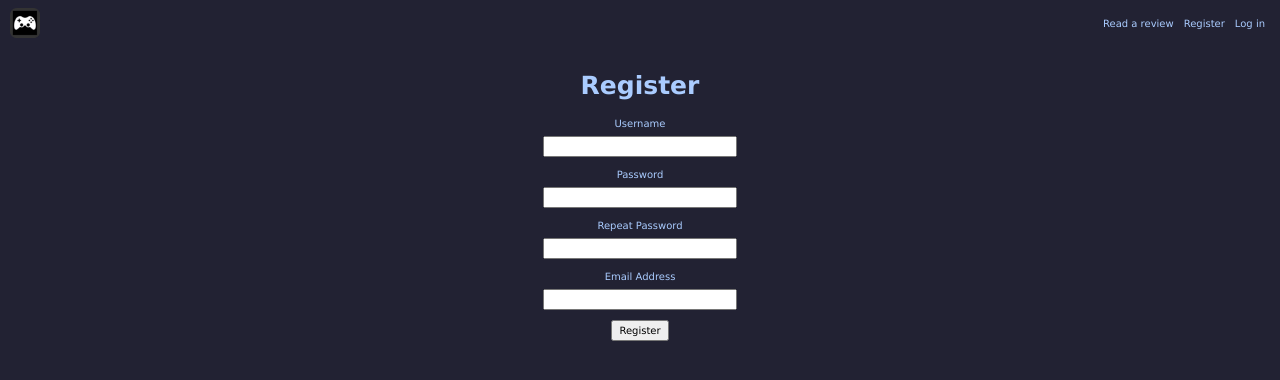
Repository: amit238/milestone-project-3
Page: http://localhost/register
The author's editor kept a record of every edit. The page is drawn from the files as they stood at one moment, then again after the next edit.
The browser window is 1280 px wide. The pictures show the whole page.
Some web libraries are served in a nearby version. The page is served by the project's application, run on Flask 3 (app.py).

Above is the page before.

### templates/register.html
{% extends "base.html" %}
{% block nav_register %}active{% endblock %}
{% block content %}
    <h1 class="color-center padding-top"><strong>Register</strong></h1>
    {% with messages = get_flashed_messages() %}
        {% if messages %}
            <ul>
                {% for message in messages %}
                    <li class="alert-warning">{{ message }}</li>
                {% endfor %}
            </ul>
        {% endif %}
    {% endwith %}
    <form action="" method="post">
        {{ form.csrf_token }}
        <p class="color-center padding-top">
            {{ form.username.label }}<br>
            {{ form.username(size=32) }}<br
            {% for error in form.username.errors %}
                <span style="color: red;">{{ error }}</span>
            {% endfor %}
        </p>
        <p class="color-center">
            {{ form.password.label }}<br>
            {{ form.password(size=32) }}<br>
            {% for error in form.password.errors %}
                <span style="color: red;">{{ error }}</span>
            {% endfor %}
        </p>
        <p class="color-center">
            {{ form.password2.label }}<br>
            {{ form.password2(size=32) }}<br>
            {% for error in form.password2.errors %}
                <span style="color: red;">{{ error }}</span>
            {% endfor %}
        </p>
        <p class="color-center">
            {{ form.email.label }}<br>
            {{ form.email(size=32) }}<br>
            {% for error in form.email.errors %}
                <span style="color: red;">{{ error }}</span>
            {% endfor %}
        </p>
        <p class="color-center">{{ form.submit() }}</p>
    </form>
{% endblock %}

### templates/base.html
<!DOCTYPE html>
<html lang="en">

<head>
  <meta charset="UTF-8">
  <meta name="viewport" content="width=device-width, initial-scale=1.0">
  <meta http-equiv="X-UA-Compatible" content="ie=edge"> {% if title %}
  <title>GameScan - {{ title }} </title>
  {% else %}
  <title>Welcome to GameScan!</title>
  {% endif %}
  <link rel="stylesheet" href="https://maxcdn.bootstrapcdn.com/bootstrap/4.2.1/css/bootstrap.min.css" type="text/css" />
  <link rel="stylesheet" href="https://use.fontawesome.com/releases/v5.0.10/css/all.css" integrity="sha384-+d0P83n9kaQMCwj8F4RJB66tzIwOKmrdb46+porD/OvrJ+37WqIM7UoBtwHO6Nlg" crossorigin="anonymous">
  <link rel="stylesheet" href="{{url_for('static', filename='css/style.css')}}" type="text/css" />
  <link rel="shortcut icon" type="image/ico" href="{{ url_for('static', filename='img/favicon.ico') }}" />
</head>

<body>
  <header>
    <nav class="navbar navbar-expand-lg navbar-custom bg-custom ">
      <a class="navbar-brand" href="{{ url_for('index') }}">
       <img src="{{ url_for('static', filename='img/favicon.ico') }}" width="30" height="30" alt="">
  </a>
      <button class="navbar-toggler" type="button" data-toggle="collapse" data-target="#navbarNavAltMarkup" aria-controls="navbarNavAltMarkup" aria-expanded="false" aria-label="Toggle navigation">
    <span class="navbar-toggler-icon"></span>
  </button>
      <div class="collapse navbar-collapse" id="navbarNavAltMarkup">
        <div class="navbar-nav ml-auto">
          {% if session['logged_in'] == True %}
          <a class="nav-item nav-link" href="{{ url_for('reviews') }}">Read a review</a>
          <a class="nav-item nav-link" href="{{ url_for('addreview') }}">Write a review</a>
          <a class="nav-item nav-link" href="{{ url_for('logout') }}">Sign Out</a>
          {% else %}
          <a class="nav-item nav-link" href="{{ url_for('reviews') }}">Read a review</a>
          <a class="nav-item nav-link" href="{{ url_for('register') }}">Register</a>
          <a class="nav-item nav-link" href="{{ url_for('login') }}">Log in</a>
          {% endif %}
        </div>
      </div>
    </nav>
    {% block content %} {% endblock %}
  </header>
  <script src="https://code.jquery.com/jquery-3.5.1.js" integrity="sha256-QWo7LDvxbWT2tbbQ97B53yJnYU3WhH/C8ycbRAkjPDc=" crossorigin="anonymous"></script>
  <script src="https://cdnjs.cloudflare.com/ajax/libs/popper.js/1.14.6/umd/popper.min.js" integrity="sha384-wHAiFfRlMFy6i5SRaxvfOCifBUQy1xHdJ/yoi7FRNXMRBu5WHdZYu1hA6ZOblgut" crossorigin="anonymous"></script>
  <script src="https://stackpath.bootstrapcdn.com/bootstrap/4.2.1/js/bootstrap.min.js" integrity="sha384-B0UglyR+jN6CkvvICOB2joaf5I4l3gm9GU6Hc1og6Ls7i6U/mkkaduKaBhlAXv9k" crossorigin="anonymous"></script>
</body>

</html>

### app.py
import os
if os.path.exists("env.py"):
  import env
from flask import Flask, render_template, redirect, request, url_for, flash, session
from forms import LoginForm, RegisterForm, ReviewGameForm
from flask_pymongo import PyMongo
from bson.objectid import ObjectId
import bcrypt

app = Flask(__name__)
app.config["MONGO_DBNAME"] = 'game_scan'
app.config["MONGO_URI"] = os.environ.get('MONGO_URI')

mongo = PyMongo(app)

SECRET_KEY = os.urandom(32)
app.config['SECRET_KEY'] = SECRET_KEY



@app.route('/reviews')
def reviews():
    return render_template('reviews.html', title="Read a review!", game_reviews=mongo.db.game_reviews.find())







@app.route('/')
def index():
    return render_template('index.html', title="Home")






# Adding Log in

@app.route('/login', methods=['GET', 'POST'])
def login():
    """Login handler"""
    if session.get('logged_in'):
        if session['logged_in'] is True:
            return redirect(url_for('index', title="Log In"))

    form = LoginForm()

    if form.validate_on_submit():
        # get all users
        users = mongo.db.users
        # try and get one with same name as entered
        db_user = users.find_one({'name': request.form['username']})

        if db_user:
            # check password using hashing
            if bcrypt.hashpw(request.form['password'].encode('utf-8'),
                             db_user['password']) == db_user['password']:
                session['username'] = request.form['username']
                session['logged_in'] = True
                # successful redirect to home logged in
                return redirect(url_for('index', title="Sign In", form=form))
            # must have failed set flash message
            flash('Invalid username/password combination')
    return render_template("login.html", title="Sign In", form=form)





@app.route('/logout')
def logout():
    """Clears session and redirects to home"""
    session.clear()
    return redirect(url_for('index'))





# Adding in Register form

@app.route('/register', methods=['GET', 'POST'])
def register():
    """Handles registration functionality"""
    form = RegisterForm(request.form)
    if form.validate_on_submit():
        # get all the users
        users = mongo.db.users
        # see if we already have the entered username
        existing_user = users.find_one({'name': request.form['username']})

        if existing_user is None:
            # hash the entered password
            hash_pass = bcrypt.hashpw(request.form['password'].encode('utf-8'), bcrypt.gensalt())
            # insert the user to DB
            users.insert_one({'name': request.form['username'],
                          'password': hash_pass,
                          'email': request.form['email']})
            session['username'] = request.form['username']
            return redirect(url_for('index'))
        # duplcate username set flash message and reload page
        flash('Sorry, that username is already taken - use another')
        return redirect(url_for('register'))
    return render_template('register.html', title='Register', form=form)





# Adding a review

@app.route('/addreview', methods=['GET', 'POST'])
def addreview():

   # If user is not logged in a message will appear

    if 'logged_in' not in session:
        flash('To add a review you need to sign in', 'warning')
        return redirect(url_for('login'))

   # If form submits successfully

    form = ReviewGameForm(request.form)
    if request.method == 'POST':
        game_reviews=mongo.db.game_reviews
        print('inside')
        print('rating:' + request.form['rating'])
        # import pdb; pdb.set_trace()
        # add form content to db as a new record
        game_reviews.insert_one({
            'user_created': session['username'],
            'name': request.form['name'],
            'genre': request.form['genre'],
            'rating': request.form['rating'],
            'description': request.form['description'],
            })

        flash('Your Review has been added ', 'success')

        # send to my reviews template on successful add
        return redirect(url_for('reviews'))

    return render_template('addreview.html', form=form,
                           title='Add a Review')





# Editing a review

@app.route('/editreview/<id>', methods=['GET', 'POST'])
def editreview(id):

    # Users can edit a review if logged in

    if 'logged_in' not in session:
        # if a user trys to go to edit review without been logged in

        flash('You will need to log in to edit a review', 'warning')
        return redirect(url_for('login'))  # sending to log in

    a_reivew = mongo.db.game_reviews.find_one({'_id': ObjectId(id)})
    # retrieving record from db

    # if a user trys to go to edit review that they don't own
    if a_reivew['user_created'] != session['user_created']:
        flash('You do  not own this review and cannot edit it. ',
              'warning')
        return redirect(url_for('login'))  # sending to log in

    form = ReviewGameForm(data=a_reivew)

    if form.validate_on_submit():  # if form submits successfully
        game_reviews = mongo.db.game_reviews


        # add form content to db as a new record
        game_reviews.update_one({'_id': ObjectId(id)}, {'$set': {
            'name': request.form['name'],
            'genre': request.form['genre'],
            'rating': request.form['rating'],
            'description': request.form['description'],
            }})

        flash('Your review has been updated!', 'success')

        # send to my review template on successful addupdate
        return redirect(url_for('reviews', id=id))

    return render_template('editreview.html', form=form,
                           title='Edit a  Review')


# Delete a review

# If user is logged in and wants to delete a review

@app.route('/delete/<id>', methods=['GET', 'POST'])
def deletereview(id):

    if 'logged_in' not in session:

        flash('To delete a review you will need to log in', 'warning')
        return redirect(url_for('login'))


    # if a user trys to go to edit review that they don't own
    a_reivew = mongo.db.game_reviews.find_one({'_id': ObjectId(id)})

    # retrieving record from db

    #  IF user did not write the review they cannot delete or edit it
    if a_reivew['user_created'] != session['user_created']:
        flash('You cannot edit or delete this.',
              'warning')

        return redirect(url_for('index'))  # sending to log in

    flash("You have successfully deleted your review.",
          'warning')
    mongo.db.reviews.delete_one({'_id': ObjectId(id)})
    return redirect(url_for('index'))


if __name__ == '__main__':
    app.run(host=os.environ.get('IP'),
            port=int(os.environ.get('PORT')),
            debug=True)

### forms.py
from flask_wtf import FlaskForm
from wtforms import StringField, PasswordField, BooleanField, SubmitField, TextAreaField, SelectField
from wtforms.validators import DataRequired, Length, EqualTo, Email


class LoginForm(FlaskForm):
    username = StringField('Username', validators=[DataRequired()])
    password = PasswordField('Password', validators=[DataRequired()])
    remember_me = BooleanField('Remember Me')
    submit = SubmitField('Sign In')


class RegisterForm(FlaskForm):
    username = StringField('Username', validators=[DataRequired(),
                                                   Length(min=4, max=20)])
    password = PasswordField('Password',
                             validators=[DataRequired(),
                                         EqualTo('password2', message='Passwords must match')])
    password2 = PasswordField('Repeat Password')
    email = StringField('Email Address', validators=[Length(min=6, max=35), Email()])
    remember_me = BooleanField('Remember Me')
    submit = SubmitField('Register')


class ReviewGameForm(FlaskForm):

    user_created = StringField('User Created', validators=[DataRequired(), Length(min=1, max=100)])

    name = StringField('Name', validators=[DataRequired(),Length(min=1, max=150)])

    genre = SelectField(u'Genre', choices=[
        ('action/adventure', 'Action/Adventure'),
        ('sports', 'Sports'),
        ('shooters', 'Shooters'),
        ('role-playing', 'Role-Playing'),
        ('racing', 'Racing'),
        ])

    rating = SelectField(u'Rating', choices=[
        ('1', '1'),
        ('2', '2'),
        ('3', '3'),
        ('4', '4'),
        ('5', '5'),
        ('6', '6'),
        ('7', '7'),
        ('8', '8'),
        ('9', '9'),
        ('10', '10'),
        ])

    description = TextAreaField('Description', validators=[DataRequired(), Length(min=2, max=1500)])

    submit_add = SubmitField('Add Review')
    submit_edit = SubmitField('Update Review')

### static/css/style.css
html {
  font-size: 10px;
}

body {
  padding: 0;
  margin: 0;
  background-color: #222233;
  font-family: "Lucida Sans Unicode", "Lucida Grande", sans-serif;
  ;
}

/*----Navbar----*/

.bg-custom {
  background-color: #222233;
}

.nav-item {
  color: #aaccff;
}

/*----Homepage----*/

.padding-text-align {
  padding-top: 5em;
  text-align: center;
}

.homepage-card {
  font-size: large;
  background-color: rgba(34, 34, 51, 0.5);
  border-radius: 2em;
  border-width: thick;
  animation: fade-cards-in 2s ease-out;
  margin-bottom: 5px;
  color: #AACCFF
}

@keyframes fade-cards-in {
  0% {
    opacity: .5;
    transform: translateY(30px);
  }
  80% {
    transform: translateY(3px);
  }
  100% {
    opacity: 1;
    transform: translate(0);
  }
}

.background {
  background-image: url('../img/night.jpg');
  background-color: #222233;
  background-size: cover;
  background-repeat: no-repeat;
  height: 100vh;
}

.homepage {
  padding-top: 15em;
  text-align: center;
}

/*----Add Review----*/
/*-some css also in reviews.html to stop repeating-*/

.form-bg {
  background-color: #222233;
  margin-top: 2em;
}

.thick-border {
  border-width: thick;

}

.form-text {
  color: #AACCFF;
  font-size: 1.4rem;
  border-width: thick;
}

.form-btn {
  text-align: center;
  background-color: #222233;
}

.center-header {
  text-align: center;
}


/*----Reviews----*/

.center {
  text-align: center;
  border-width: thick;
}

.description {
  margin-top: 2em;
  text-align: left;
}

.review-title {
  font-weight: 900;
}


/*----Register----*/
/*-some css also in other html pages to stop repeating-*/

.color-center {
  color: #AACCFF;
  text-align: center;
}

.padding-top {
  padding-top: 1em;
}


.border-box {
  border-radius: 1rem;
}

After the next edit:
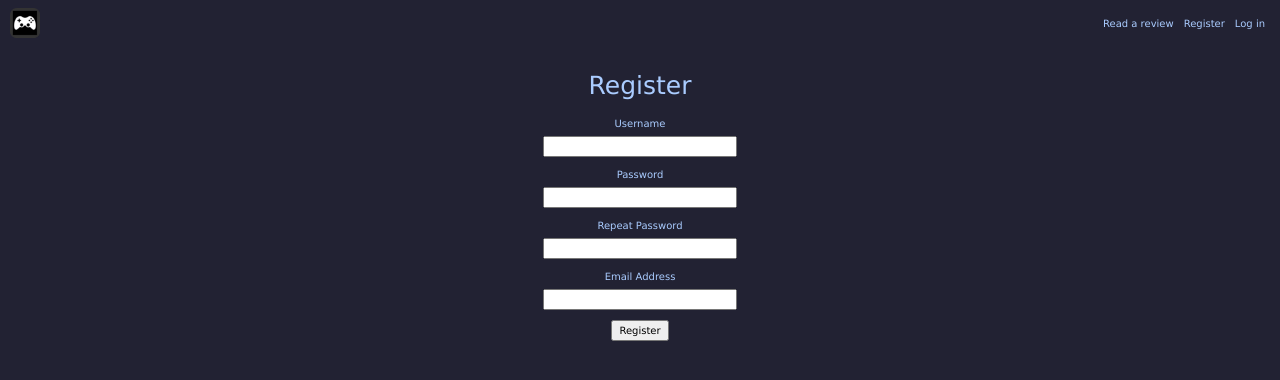
The edit:
--- a/templates/register.html
+++ b/templates/register.html
@@ -1,7 +1,7 @@
 {% extends "base.html" %}
 {% block nav_register %}active{% endblock %}
 {% block content %}
-    <h1 class="color-center padding-top"><strong>Register</strong></h1>
+    <h1 class="color-center padding-top">Register</h1>
     {% with messages = get_flashed_messages() %}
         {% if messages %}
             <ul>
